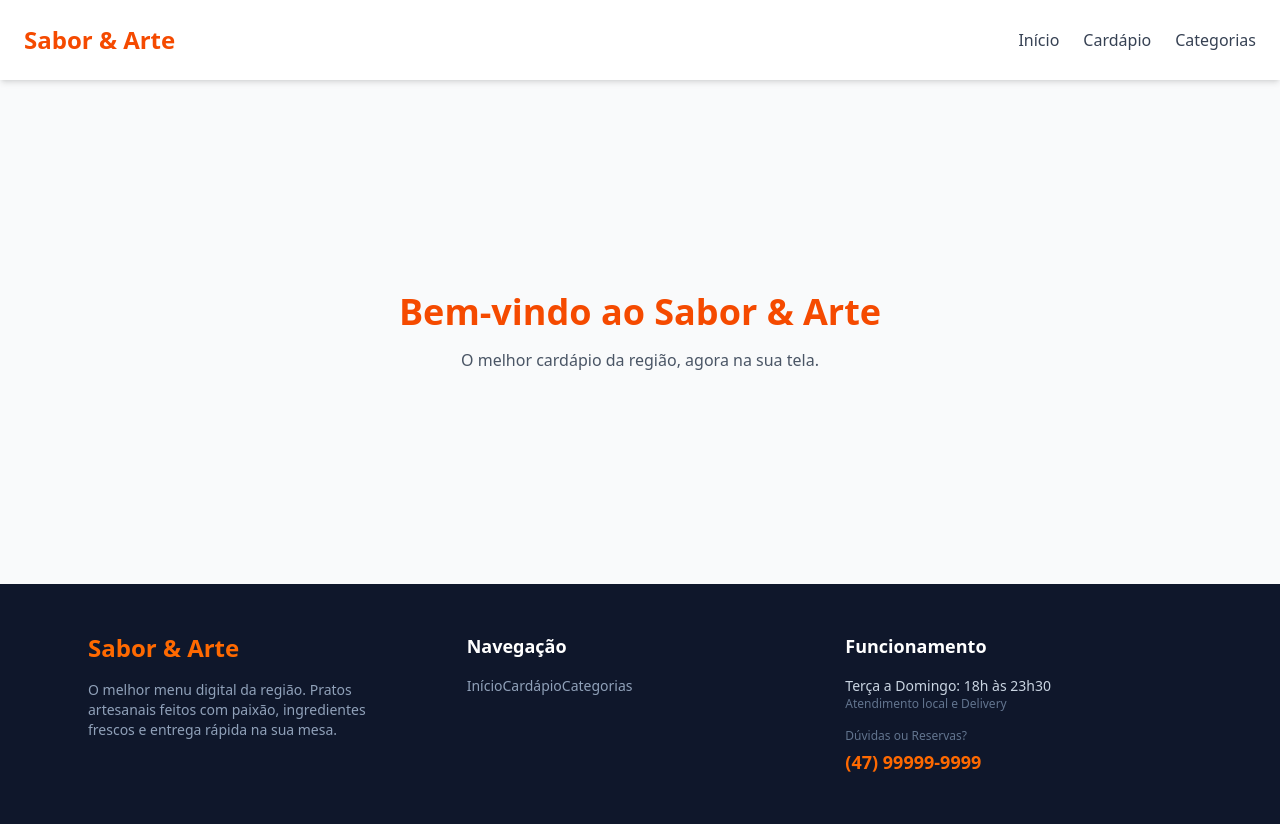
Repository: LuigiBLombardo/Next---Atividade
Page: / (app in sistema-cardapio/)
An editor plug-in stored every save of this project. The page is shown before and after the next save, followed by the edit.
The browser window is 1280 px wide. The pictures show the whole page.
The project was rebuilt for these pictures with package versions that can differ from the ones it lists, and the page was loaded fresh each time. The framework's server and built-in components were replaced by stand-ins that run in the browser. Also part of the build but not shown: sistema-cardapio/next.config.mjs.

Above is the page before, as saved 2026-09-04 19:52:57.

### sistema-cardapio/src/app/layout.js
import { Inter, Montserrat } from "next/font/google";
import "./globals.css";
import Navbar from "@/components/Navbar";
import Footer from "@/components/Footer";

const inter = Inter({ subsets: ["latin"], variable: "--font-inter" });

const montserrat = Montserrat({ subsets: ["latin"], variable: "--font-montserrat" });

export default function RootLayout({ children }) {
    return (
        <html lang="pt-br" className={`${inter.variable} ${montserrat.variable}`}>
            <body className="font-sans bg-gray-50 antialiased">
                <Navbar />
                {children}
                <Footer/>
            </body>
        </html>
);
}

### sistema-cardapio/src/app/page.js
import Image from "next/image";

export default function Home() {
  return (
    <main className="flex flex-col items-center justify-center min-h-[70vh]">
        <h1 className="text-4xl font-bold text-orange-600">Bem-vindo ao Sabor & Arte</h1>
        <p className="mt-4 text-gray-600">O melhor cardápio da região, agora na sua tela.</p>
    </main>
  );
}

### sistema-cardapio/src/components/Navbar.js
import Link from 'next/link';

export default function Navbar() {
    return (
        <nav className="flex items-center justify-between p-6 bg-white shadow-md">
            <h2 className="text-2xl font-bold text-orange-600">Sabor & Arte</h2>
            <div className="flex gap-6">
                <Link href="/" className="text-gray-700 hover:text-orange-600 font-medium">Início</Link>
                <Link href="/cardapio" className="text-gray-700 hover:text-orange-600 font-medium">Cardápio</Link>
                <Link href="/categorias" className="text-gray-700 hover:text-orange-600
font-medium">Categorias</Link>
            </div>
        </nav>
);
}

### sistema-cardapio/src/components/Footer.js
import Link from "next/link";

export default function Footer(){
    return (
            <footer className="w-full bg-slate-900 text-slate-400 pt-12">

                <div className="max-w-6xl mx-auto px-6 pb-12 grid grid-cols-1 md:grid-cols-3 gap-8 ">

                    <div>
                        <h2 className="text-2xl font-bold text-orange-500 mb-4">
                            Sabor & Arte
                        </h2>
                        <p className="text-sm max-w-xs text-slate-400">
                            O melhor menu digital da região. Pratos artesanais feitos com
                            paixão, ingredientes frescos e entrega rápida na sua mesa.
                        </p>
                    </div>

                    <div>
                        <h3 className="text-lg font-bold text-white mb-4">
                            Navegação
                        </h3>
                        <div className="space-y-2 text-sm">

                            <Link href="/" className="hover:text-white transition">Início</Link>
                            <Link href="/cardapio" className="hover:text-white transition">Cardápio</Link>
                            <Link href="/categorias" className="hover:text-white transition">Categorias</Link>

                        </div>
                    </div>

                    <div>
                        <h3 className="text-lg font-bold text-white mb-4">
                            Funcionamento
                        </h3>
                        <p className="text-sm text-slate-300">
                            Terça a Domingo: 18h às 23h30
                        </p>
                        <p className="text-xs text-slate-500 mb-4">
                            Atendimento local e Delivery
                        </p>

                        <span className="block text-xs text-slate-500 mb-1">
                            Dúvidas ou Reservas?
                        </span>
                        <a className="text-lg font-bold text-orange-500 inline-block">
                            (47) 99999-9999
                        </a>
                    </div>
                </div>

            </footer>
    )
}

Loaded but not shown: sistema-cardapio/src/app/globals.css (common file)

After the next save:
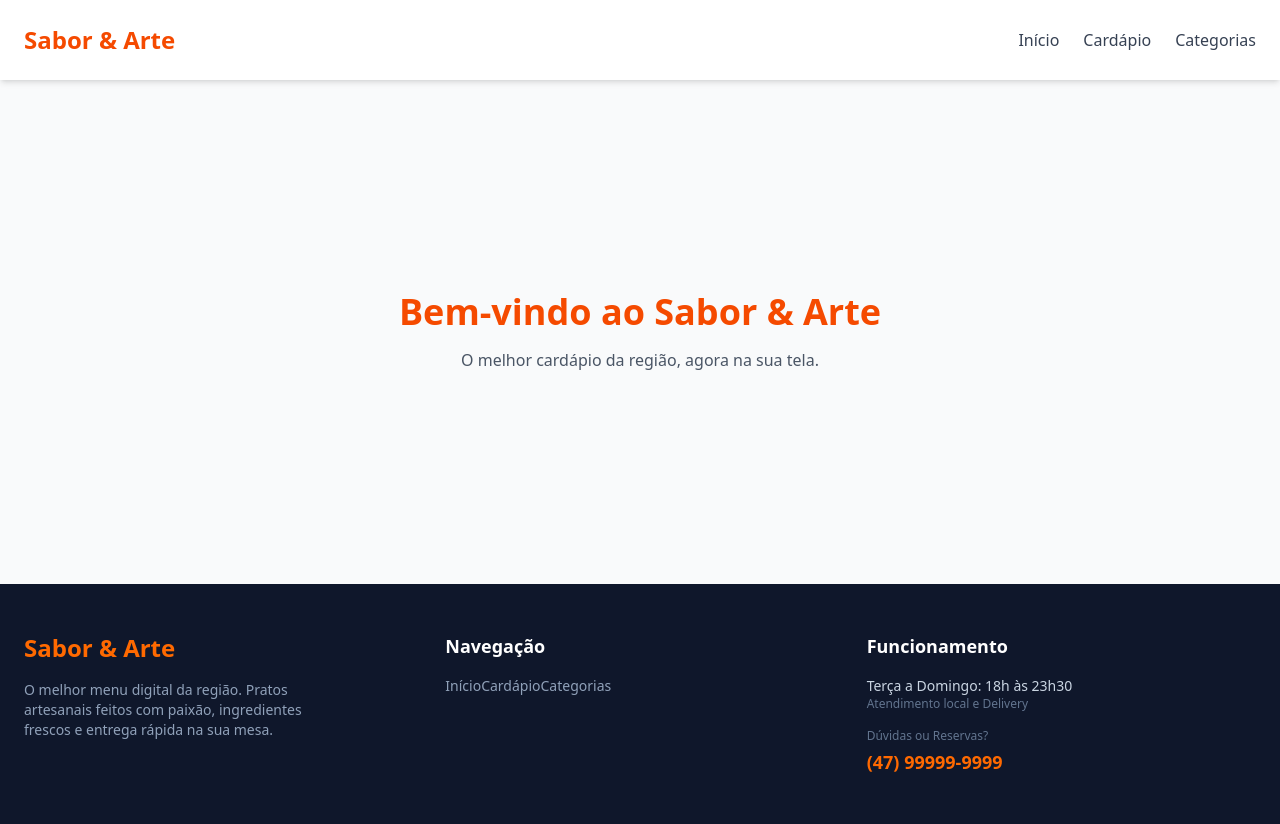
Saved 2 min 5 s later.
--- a/sistema-cardapio/src/components/Footer.js
+++ b/sistema-cardapio/src/components/Footer.js
@@ -4,7 +4,7 @@ export default function Footer(){
     return (
             <footer className="w-full bg-slate-900 text-slate-400 pt-12">
 
-                <div className="max-w-6xl mx-auto px-6 pb-12 grid grid-cols-1 md:grid-cols-3 gap-8 ">
+                <div className="max-w-7xl mx-auto px-6 pb-12 grid grid-cols-1 md:grid-cols-3 gap-8 ">
 
                     <div>
                         <h2 className="text-2xl font-bold text-orange-500 mb-4">
